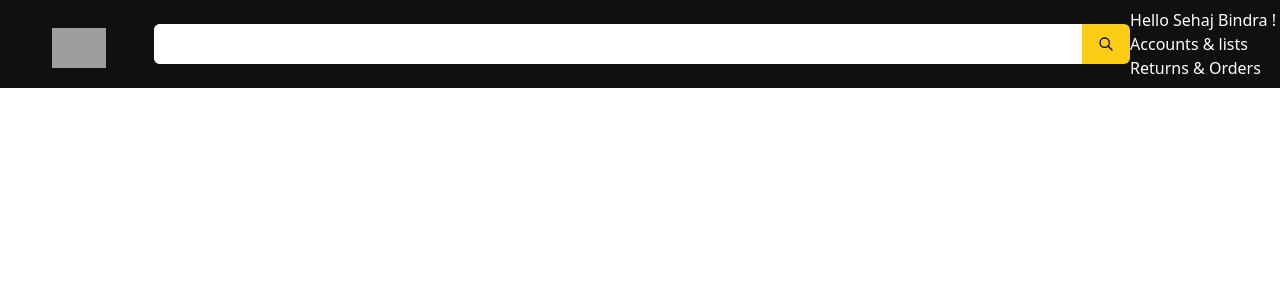
Repository: SehajBindra/Amazon-clone
Page: /
An editor plug-in stored every save of this project. The page is shown before and after the next save, followed by the edit.
The browser window is 1280 px wide. The pictures show the whole page.
Pictures or frames that could not be fetched are drawn as grey boxes. The project was rebuilt for these pictures with package versions that can differ from the ones it lists, and the page was loaded fresh each time. The framework's server and built-in components were replaced by stand-ins that run in the browser. Also part of the build but not shown: next.config.js, styles/Home.module.css.

Above is the page before, as saved 2022-08-08 14:08:48.

After the next save:
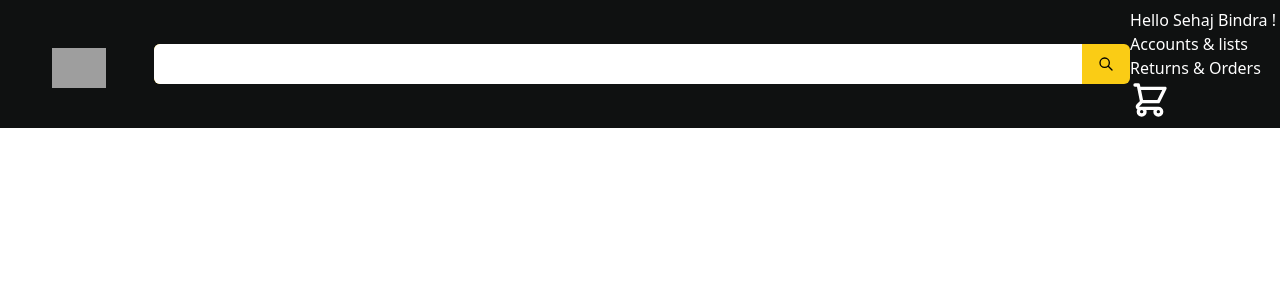
Saved 31 s later.
--- a/Components/Header.js
+++ b/Components/Header.js
@@ -38,7 +38,9 @@
           <div>
             <p>Returns & Orders</p>
           </div>
-          <div></div>
+          <div>
+            <ShoppingCartIcon className="h-10" />
+          </div>
         </div>
       </div>
       {/* bottom Nav */}
